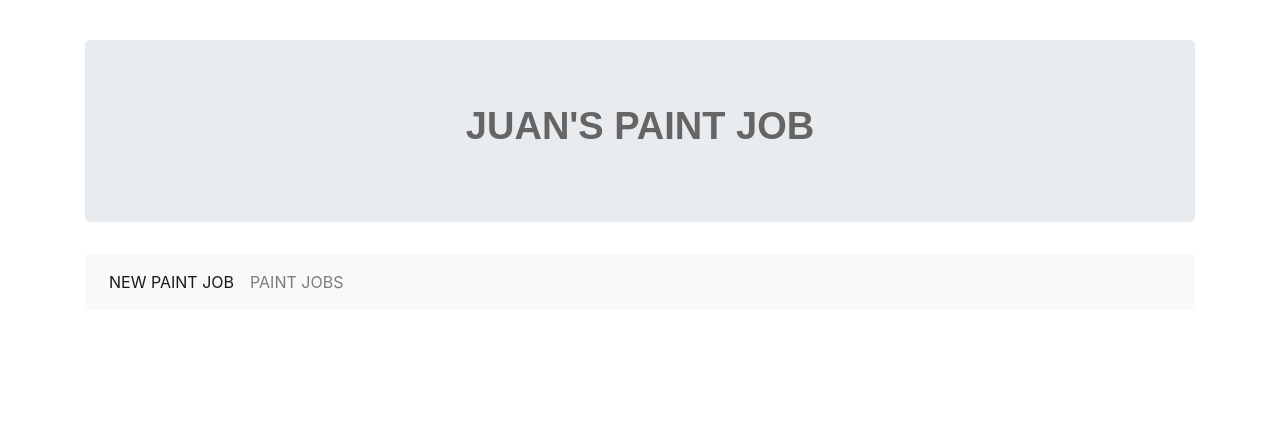
Repository: soycaringal/paint-job
Page: http://localhost/
The author's editor kept a copy of each file at every save. The page is drawn from the files as they stood at one save, then again after the next save.
The browser window is 1280 px wide. The pictures show the whole page.
The page is served by the project's Laravel application, run on PHP 8.4 with Laravel 8.

Above is the page before, as saved 2020-02-21 22:26:49.

After the next save:
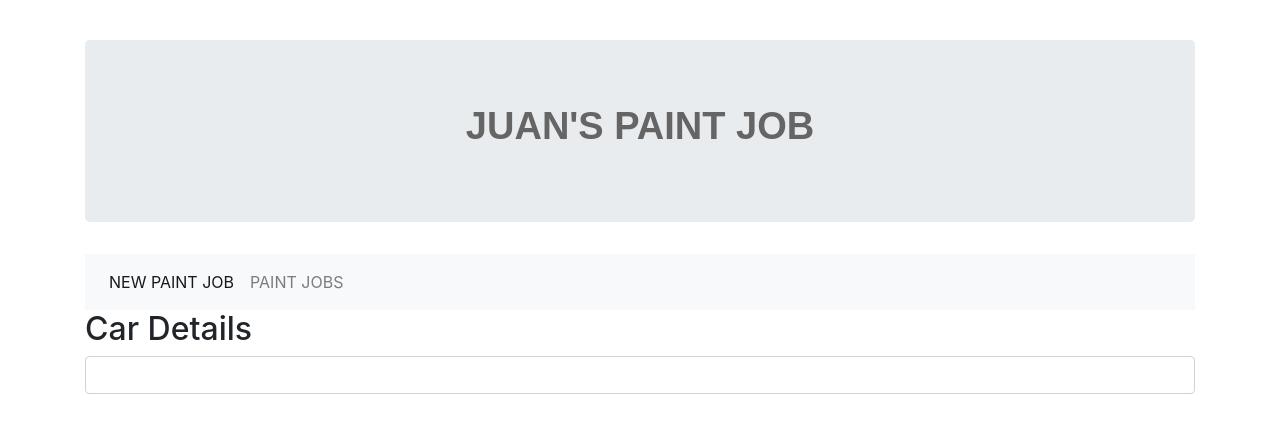
Saved 3 min 24 s later.
--- a/resources/views/welcome.blade.php
+++ b/resources/views/welcome.blade.php
@@ -35,6 +35,13 @@
                 </nav>
             </header>
 
+            <section>
+                <h2>Car Details</h2>
+                <div class="form-control">
+                    <label></label>
+                </div>
+            </section>
+
         </div>
     </body>
 </html>
